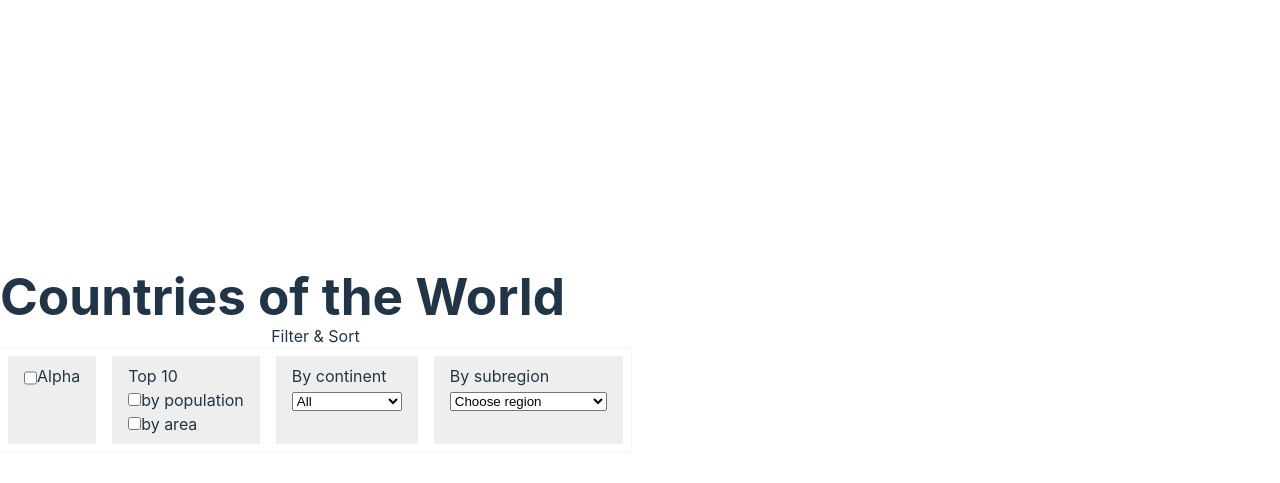
Repository: SamanthaYan298/my_countries
Page: /
An editor plug-in stored every save of this project. The page is shown before and after the next save, followed by the edit.
The browser window is 1280 px wide. The pictures show the whole page.
The project was rebuilt for these pictures with package versions that can differ from the ones it lists, and the page was loaded fresh each time. Also part of the build but not shown: vite.config.js.

Above is the page before, as saved 2024-11-04 17:52:04.

### src/App.jsx
import { useState } from 'react'
import './App.css'

function App() {

  return (
    <div id="root">
      <h1>Countries of the World</h1>
      <div className="container">
        <div className='inner-container'>
          <p>Filter & Sort</p>
          <div className='filters'>
            <div className='alpha'>
              <input type="checkbox"/>
              <label htmlFor="alpha">Alpha</label>
            </div>
            <div className='categories'>
              <p>Top 10</p>
                <div>
                  <input type="checkbox"/>
                  <label htmlFor="by-population">by population</label>
                </div>
                <div>
                  <input type="checkbox" />
                  <label htmlFor="by-area">by area</label>
                </div>
            </div>
            <div  className='categories'>
              <p>By continent</p>
              <select>
                <option value="All">All</option>
                <option value="Antarctica">Antarctica</option>
                <option value="North America">North America</option>
                <option value="Europe">Europe</option>
                <option value="Africa">Africa</option>
                <option value="Asia">Asia</option>
                <option value="Oceania">Oceania</option>
                <option value="South America">South America</option>
              </select>
            </div>
            <div  className='categories'>
            <p>By subregion</p>
              <select>
                <option value="Choose region">Choose region</option>
                <option value="Caribbean">Caribbean</option>
                <option value="Western Europe">Western Europe</option>
                <option value="Western Africa">Western Africa</option>
                <option value="Central Europ">Central Europ</option>
                <option value="Estern Asia">Estern Asia</option>
                <option value="Polynesia">Polynesia</option>
                <option value="North Africa">North Africa</option>
                <option value="Southern Europe">Southern Europe</option>
                <option value="Southern-Eastern Asia">Southern-Eastern Asia</option>
              </select>
            </div>
          </div>
        </div>
      </div>
    </div>
  )
}

export default App

### src/App.css
* {
  margin: 0;
  padding: 0;
  box-sizing: border-box;
}

#root {
  max-width: 100%;
  padding: 0;
  top: 0;
}

.container {
  display: flex;
  flex-direction: row;
  align-items: flex-start;
}

.inner-container {
  text-align: center;
}

.container p {
  margin-top: 0;
  margin-bottom: 0;
}

.filters {
  display: flex;
  flex-direction: row;
}

.alpha {
  display: flex;
  flex-direction: row;
  padding: 0.5rem 1rem;
  background-color: rgb(238, 238, 238);
  margin-top: 0;
}

.alpha input {
  margin-top: -44px;
}

.filters {
  gap: 1rem;
  text-align: left;
  padding: 0.5rem;
  box-shadow: rgba(0, 0, 0, 0.25) 0px 0px 1px 0px;
}

.categories {
  padding: 0.5rem 1rem;
  background-color: rgb(238, 238, 238);
}

Loaded but not shown: index.html (common file); src/main.jsx (common file); src/index.css (common file)

After the next save:
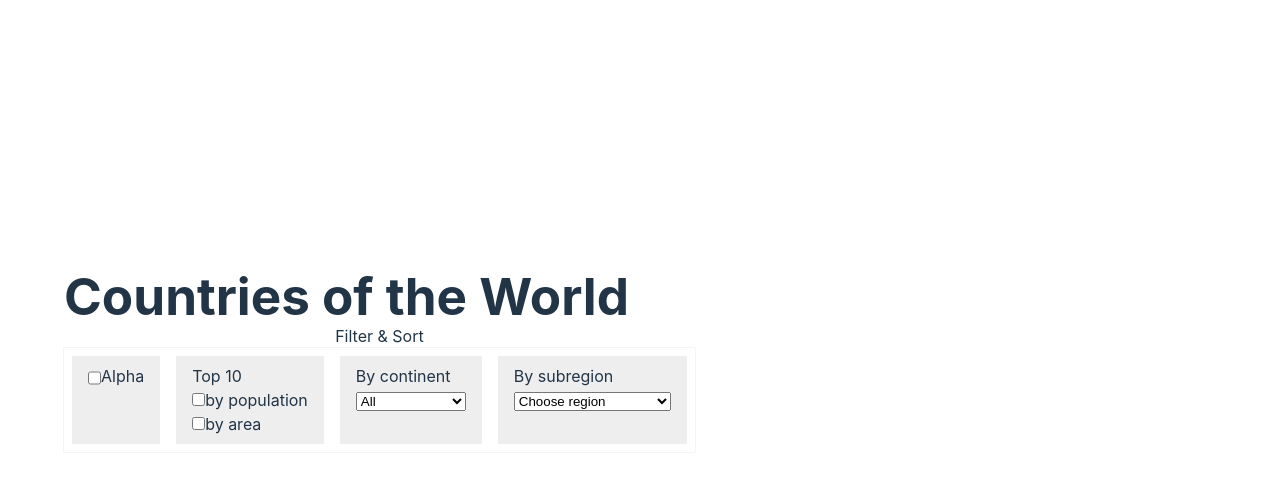
Saved 12 s later.
--- a/src/App.css
+++ b/src/App.css
@@ -6,6 +6,7 @@
 
 #root {
   max-width: 100%;
+  margin-left: 2em;
   padding: 0;
   top: 0;
 }
